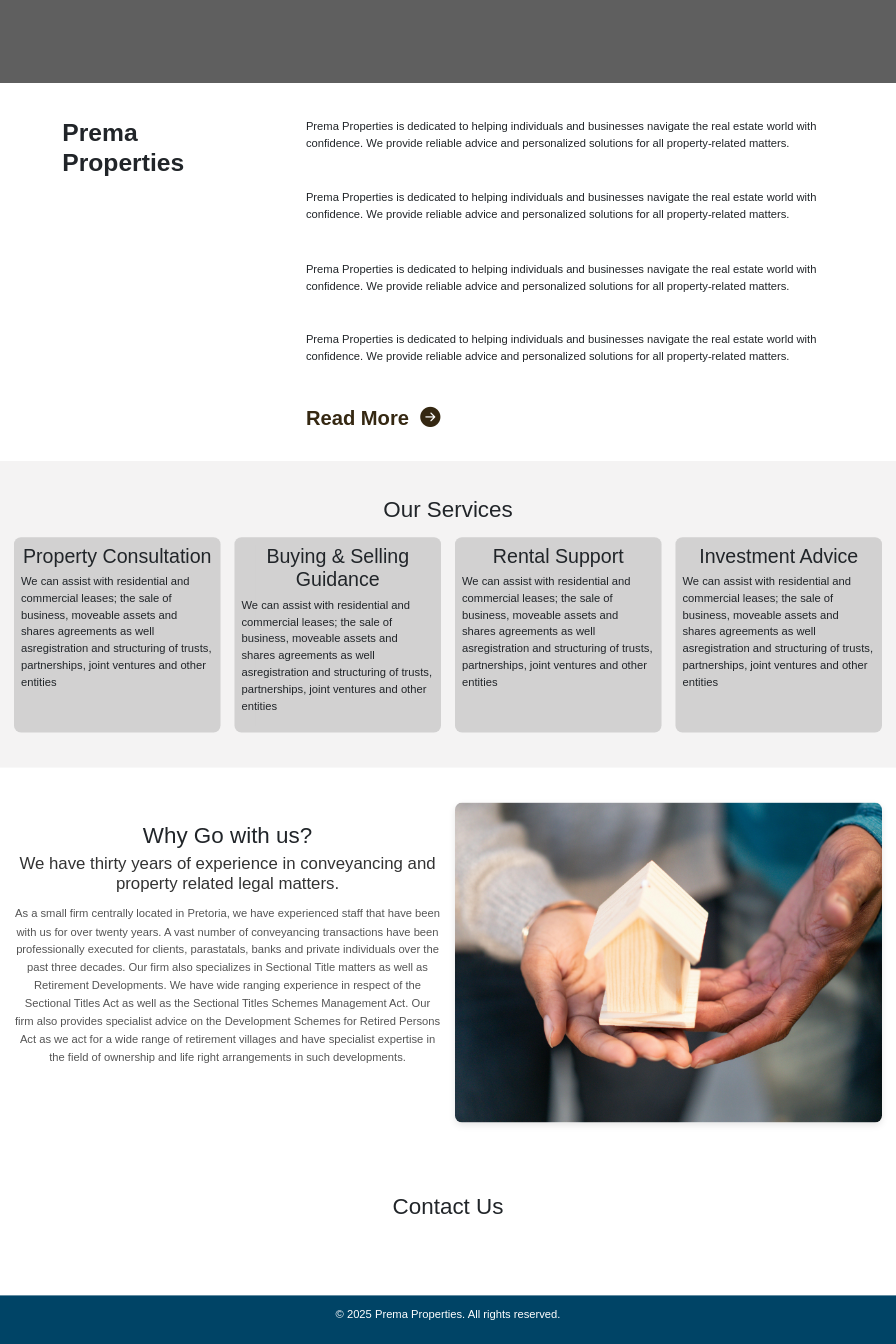
Repository: mnqobiMenzi/Prema-Properties
Page: index.html
The author's editor kept a copy of each file at every save. The page is drawn from the files as they stood at one save, then again after the next save.
The browser window is 1280 px wide. The pictures show the part of the page from y = 822 to 2742 px (the page is 2742 px tall before and 2622 px after), at 70% of full size.
Pictures or frames that could not be fetched are drawn as grey boxes.

Above is the page before, as saved 2026-02-08 10:43:28.

### index.html
<!DOCTYPE html>
<html lang="en">
<head>
  <meta charset="UTF-8">
  <meta name="viewport" content="width=device-width, initial-scale=1.0">
  <title>prem Properties</title>
  <link rel="stylesheet" href="CSS/style.css">
  <link rel="stylesheet" href="https://cdn.jsdelivr.net/npm/bootstrap-icons@1.13.1/font/bootstrap-icons.min.css">
  <link href="https://cdn.jsdelivr.net/npm/bootstrap@5.3.8/dist/css/bootstrap.min.css" rel="stylesheet" integrity="..." crossorigin="anonymous">
</head>
<body>

  <!-- Header / Navigation -->
  <header>
    <div class="logo">Prema Properties</div>
    <nav>
      <a href="#home" class="active">Home</a>
      <a href="about-us.html">About</a>
      <a href="contact-us.html">Contact</a>
      <a href="services.html">Services</a>
      <a href="appointment.html">Book an Appointment</a>
      <a href="quote.html">Get a quotation</a>
      <a href="FAQ.html">FAQ</a>
    </nav>
  </header>

  <!-- Hero Section -->
  <section id="home" class="hero">
    <h1>Guiding You Through Every Property Decision</h1>
    <p>Prema Properties assists with property-related questions and offers expert consultation.</p>
    <a href="contact-us.html" class="btn" id="contact">Get in Touch</a>
    <a href="quote.html" class="btn" id="quote">Get a Quote</a>
  </section>

 <!-- About Section -->
  <section id="about" class="about">
    <article class="about-article">
      <h2>Prema Properties</h2>
    </article>
      <article>
        <p>
          Prema Properties is dedicated to helping individuals and businesses navigate the real estate world with confidence. We provide reliable advice and personalized solutions for all property-related matters.
        </p>
        <p>
          Prema Properties is dedicated to helping individuals and businesses navigate the real estate world with confidence. We provide reliable advice and personalized solutions for all property-related matters.
        </p>
        <p>
          Prema Properties is dedicated to helping individuals and businesses navigate the real estate world with confidence. We provide reliable advice and personalized solutions for all property-related matters.
        </p>
        <p>
          Prema Properties is dedicated to helping individuals and businesses navigate the real estate world with confidence. We provide reliable advice and personalized solutions for all property-related matters.
        </p>
        <a href="about-us.html">Read More<span>&nbsp;&nbsp;<i class="bi bi-arrow-right-circle-fill"></i></span></a>
    </article>
  </section>
  <!-- Services Section -->
  <section id="services" class="services">
    <h2>Our Services</h2>
    <div class="service-list">
      <div class="service">
        <h3>Property Consultation</h3>
        <div class="service-description">
          <p>We can assist with residential and commercial leases; the sale of business, moveable assets and shares agreements as well asregistration and structuring of trusts, partnerships, joint ventures and other entities</p>
        </div>
      </div>
      <div class="service">
        <h3>Buying & Selling Guidance</h3>
        <div class="service-description">
          <p>We can assist with residential and commercial leases; the sale of business, moveable assets and shares agreements as well asregistration and structuring of trusts, partnerships, joint ventures and other entities</p>
        </div>
      </div>
      <div class="service">
        <h3>Rental Support</h3>
        <div class="service-description">
          <p>We can assist with residential and commercial leases; the sale of business, moveable assets and shares agreements as well asregistration and structuring of trusts, partnerships, joint ventures and other entities</p>
        </div>
      </div>
      <div class="service">
        <h3>Investment Advice</h3>
        <div class="service-description">
          <p>We can assist with residential and commercial leases; the sale of business, moveable assets and shares agreements as well asregistration and structuring of trusts, partnerships, joint ventures and other entities</p>
        </div>
      </div>
    </div>
  </section>

  <section id="why-choose-us" class="choose-content">
    <article class="choose-text">
      <div class="choose-title">
        <h2>Why Go with us?</h2>
      </div>
      <h3>We have thirty years of experience in conveyancing and property related legal matters.</h3>
        <p>As a small firm centrally located in Pretoria, we have experienced staff that have been with us for over twenty years. A vast number of conveyancing transactions have been professionally executed for clients, parastatals, banks and private individuals over the past three decades.
          Our firm also specializes in Sectional Title matters as well as Retirement Developments.
          We have wide ranging experience in respect of the Sectional Titles Act as well as the Sectional Titles Schemes Management Act. Our firm also provides specialist advice on the Development Schemes for Retired Persons Act as we act for a wide range of retirement villages and have specialist expertise in the field of ownership and life right arrangements in such developments.
        </p>
        </article>
        <article class="choose-image">
          <img src="images/pexels-kindelmedia-7579138.jpg" alt="Why Choose Us?">
        </article>
  </section>

  <!-- Contact Section -->
  <section id="contact-us" class="contact">
    <h2>Contact Us</h2>
  </section>

  <!-- Footer -->
  <footer>
    <p>© 2025 Prema Properties. All rights reserved.</p>
  </footer>
<script src="https://cdn.jsdelivr.net/npm/bootstrap@5.3.8/dist/js/bootstrap.bundle.min.js" integrity="..." crossorigin="anonymous"></script>
</body>
</html>

### CSS/style.css
* {
  margin: 0;
  padding: 0;
  box-sizing: border-box;
  font-family: Arial, sans-serif;
}

.my-custom-icon {
    font-size: 24px;
    color: #0c4a6e;
}
body {
  line-height: 1.6;
  color: #333;
}

/* Header */
header {
  position: sticky;
  top: 0;
  display: flex;
  justify-content: space-between;
  align-items: center;
  padding: 15px 30px;
  background: #004466;
  color: #fff;
  z-index: 1000;
}
header .logo {
  font-size: 1.5em;
  font-weight: 700;
  font-family: 'Poppins', sans-serif;
  color: #fff;
  letter-spacing: 1px;
  display: flex;
  align-items: center;
}
header nav a {
  margin: 0 10px;
  color: #fff;
  padding: 8px 15px;
  border-radius: 5px;
  text-decoration: none;
  font-weight: 500;
  font-family: 'Poppins', sans-serif;
  transition: color 0.3s ease, border-bottom 0.3s ease;
}

header nav a:hover {
  color: #fff;
  background: rgba(128, 128, 128, 0.3);
  padding-bottom: 3px;
}
/* Active link */
header nav a.active {
  background: rgba(128, 128, 128, 0.3);
  font-weight: bold;
  color: rgb(223, 223, 71);
}
/* Hero */
.hero {
  background-image: url('C:/Users/21311/OneDrive/Desktop/Prema Properties/images/Sectional-Title-Disputes.jpg');
  background-repeat: no-repeat;
  background-size: cover;
  height: 120vh;
  width: 100%;
  background-color: #3f607d;
  color: white;
  text-align: center;
  padding: 85mm 20px;
  position: relative;
}
/* Optional: overlay for better text readability */
.hero::before {
  content: "";
  position: absolute;
  top: 0;
  left: 0;
  width: 100%;
  height: 100%;
  background: rgba(0,0,0,0.4); /* dark overlay */
  z-index: 1;
}

.hero h1, .hero p, .hero .btn {
  position: relative;
  z-index: 2; /* ensure text is above overlay */
}

.hero h1 {
  font-size: 2.5em;
}
.hero .btn {
  display: inline-block;
  margin-top: 20px;
  padding: 10px 20px;
  background: rgb(223, 223, 71);
  color: black;
  border-radius: 5px;
  text-decoration: none;
}

/* Custom color for the "Get in Touch" button */
#contact {
    /* Use a contrasting color for the primary CTA */
    /*background: #f7b731; /* A distinct gold/yellow color */
    color: #1a1a1a;      /* Ensure text is dark and readable */
}

/* Custom color for the "Get a Quote" button */
#quote {
    /* Use your brand's dark blue/teal color */
    background: #0c4a6e; /* A deep blue color */
    color: white;        /* White text for contrast */
}

.hero .btn {
  display: inline-block;
  margin-top: 20px;
  padding: 10px 20px;
  background: rgb(223, 223, 71);
  color: black;
  border-radius: 5px;
  text-decoration: none;
}

/* Optional: Custom hover effect for the 'Get a Quote' button */
#quote:hover {
    background:  rgba(128, 128, 128, 0.3); /* Darken the blue slightly on hover */
}
/* Sections */
section {
  padding: 50px 20px;
  text-align: center;
}

.services{
  background-color: rgba(219, 214, 214, 0.3);
}
.services .service-list{
    display: grid;
    justify-content: center;
    grid-template-columns: repeat(auto-fit, minmax(200px, 1fr));
    gap: 20px;
    margin-top: 20px;
}

.service {
  background-color: rgba(128, 128, 128, 0.3);
  padding: 10px 10px;
  border-radius: 10px;
  height: 100%;
  width: 100%;
  text-align: center;
}

.service .service-description{
  text-align: left;
}
/* Target the parent section */
.about {
    display: flex;
    justify-content: space-around;
    align-items: flex-start;
    padding: 40px 60px;
    margin-top: 10px;
}

.about article:first-child {
    width: 25%;
    text-align: left;
}

.about article:last-child {
    width: 65%;
    text-align: left;
}

.about-article h2{
  font-weight: bolder;
  font-size: 2.2rem;
}

section article p{
  padding-bottom: 10mm;
}

section article a{
  text-decoration: none;
  color: #352812;
  font-weight: bolder;
  font-size: 1.8rem;
}

/* Contact */
.contact form {
  display: flex;
  flex-direction: column;
  max-width: 400px;
  margin: auto;
}

.contact input, .contact textarea {
  margin-bottom: 15px;
  padding: 10px;
  border: 1px solid #ddd;
  border-radius: 5px;
}

.contact button {
  padding: 10px;
  border: none;
  background: #004466;
  color: white;
  cursor: pointer;
  border-radius: 5px;
}


.choose-content {
  display: flex;              /* Makes text + image side by side */
  align-items: center;        /* Aligns them vertically */
  justify-content: space-between;
  gap: 20px;                  /* Space between text and image */
}

.choose-text {
  flex: 1;                    /* Take available space */
  max-width: 50%;             /* Text side only half width */
}

.choose-text h3 {
  font-size: 1.5rem;
  margin-bottom: 15px;
  color: #333;
}

.choose-text p {
  line-height: 1.6;
  color: #555;
  text-align
}

.choose-image {
  flex: 1;
  max-width: 50%;             /* Image takes half width */
}

.choose-image img {
  width: 100%;
  height: auto;
  border-radius: 10px;        /* Rounded corners for style */
  box-shadow: 0 4px 10px rgba(0,0,0,0.1); /* Subtle shadow */
}
.contact button:hover {
  background: #00334d;
}



/*About Page*/
/* Color Palette */
:root {
  --primary: #1a365d; /* Professional Navy */
  --secondary: #c05621; /* Earthy accent for trust */
  --light-bg: #f7fafc;
  --text-dark: #2d3748;
}

/* Header/Nav Updates */
header {
  display: flex;
  justify-content: space-between;
  align-items: center;
  padding: 20px 5%;
  /* background: white; */
  box-shadow: 0 2px 5px rgba(0,0,0,0.1);
}

nav a {
  margin-left: 20px;
  text-decoration: none;
  color: var(--text-dark);
  font-weight: 500;
}

nav a.active { color: var(--secondary); border-bottom: 2px solid var(--secondary); }

/* About Page Layout */
.about-container {
  padding: 60px 5%;
  color: var(--text-dark);
}

.about-hero {
  text-align: center;
  padding-bottom: 50px;
}

.about-hero h1 { font-size: 2.5rem; color: var(--primary); }

.lead { font-size: 1.2rem; color: #718096; max-width: 700px; margin: 10px auto; }

/* Values Grid */
.values-grid {
  display: grid;
  grid-template-columns: repeat(auto-fit, minmax(280px, 1fr));
  gap: 30px;
  margin-top: 50px;
}

.value-item {
  background: white;
  padding: 40px;
  border-radius: 12px;
  border-bottom: 4px solid var(--primary);
  box-shadow: 0 10px 15px -3px rgba(0,0,0,0.1);
  text-align: center;
}

.value-item .icon { font-size: 2.5rem; display: block; margin-bottom: 15px; }

.value-item h3 { color: var(--primary); margin-bottom: 10px; }

/* --- Director Section --- */

.director-section {
  padding: 80px 5%;
  background-color: #ffffff; /* Contrast against the light-bg used elsewhere */
}

.director-container {
  display: flex;
  align-items: center;
  justify-content: center;
  gap: 60px;
  max-width: 1100px;
  margin: 0 auto;
}

.director-image {
  flex: 1;
  max-width: 400px;
}

.director-image img {
  width: 100%;
  height: auto;
  border-radius: 8px;
  /* Using your primary color for a sophisticated shadow effect */
  box-shadow: 20px 20px 0px var(--light-bg), 21px 21px 0px var(--primary);
}

.director-info {
  flex: 1.5;
}

.director-info .label {
  color: var(--secondary);
  text-transform: uppercase;
  font-weight: 700;
  font-size: 0.85rem;
  letter-spacing: 1.5px;
  display: block;
  margin-bottom: 10px;
}

.director-info h2 {
  font-size: 2.5rem;
  color: var(--primary);
  margin: 0 0 5px 0;
}

.credentials {
  font-size: 1.1rem;
  color: #4a5568;
  font-weight: 600;
  margin-bottom: 20px;
}

.director-info p {
  margin-bottom: 15px;
  line-height: 1.8;
  color: var(--text-dark);
}

.director-social {
  margin-top: 25px;
}

.linkedin-link {
  display: inline-flex;
  align-items: center;
  color: var(--primary);
  text-decoration: none;
  font-weight: bold;
  transition: color 0.3s ease;
}

.linkedin-link:hover {
  color: var(--secondary);
}

/* --- Responsive Adjustments --- */

@media (max-width: 992px) {
  .director-container {
    flex-direction: column;
    text-align: center;
    gap: 40px;
  }

  .director-image img {
    box-shadow: 15px 15px 0px var(--light-bg); /* Simplified for mobile */
  }

  .linkedin-link {
    justify-content: center;
  }
}

/* Contact Page Layout */
.contact-page {
  padding: 100px 5%;
}

.contact-wrapper {
  display: grid;
  grid-template-columns: 1fr 1.2fr;
  gap: 80px;
  background: var(--white);
  border-radius: 15px;
}

.contact-info h2 {
  font-size: 2.5rem;
  color: var(--primary);
  margin-bottom: 20px;
}

.info-details {
  margin-top: 40px;
}

.info-item {
  margin-bottom: 25px;
}

.info-item strong {
  display: block;
  color: var(--secondary);
  font-size: 0.9rem;
  text-transform: uppercase;
  margin-bottom: 5px;
}

/* Form Styling */
.contact-form-container {
  background: var(--light-bg);
  padding: 40px;
  border-radius: 12px;
  box-shadow: 0 10px 30px rgba(0,0,0,0.05);
}

.form-group {
  margin-bottom: 20px;
}

input, select, textarea {
  width: 100%;
  padding: 15px;
  border: 1px solid #dddddd;
  border-radius: 5px;
  font-family: inherit;
  font-size: 1rem;
  transition: var(--transition);
}

input:focus, select:focus, textarea:focus {
  outline: none;
  border-color: var(--primary);
  box-shadow: 0 0 0 3px rgba(26, 54, 93, 0.1);
}

.submit-btn {
  width: 100%;
  background: var(--primary);
  color: white;
  padding: 15px;
  border: none;
  border-radius: 5px;
  font-weight: 700;
  text-transform: uppercase;
  cursor: pointer;
  transition: var(--transition);
}

.submit-btn:hover {
  background: var(--secondary);
  transform: translateY(-2px);
}

/* Mobile Responsive */
@media (max-width: 992px) {
  .contact-wrapper {
    grid-template-columns: 1fr;
    gap: 50px;
  }
}

/* Services Page Layout */
.services-page {
  padding: 80px 5%;
}

.services-intro {
  text-align: center;
  margin-bottom: 60px;
}

.services-intro h2 {
  font-size: 2.5rem;
  color: var(--primary);
  margin-top: 10px;
}

/* Service Grid */
.service-grid {
  display: grid;
  grid-template-columns: repeat(auto-fit, minmax(280px, 1fr));
  gap: 30px;
}

.service-card {
  background: var(--white);
  padding: 40px;
  border-radius: 12px;
  border: 1px solid #e2e8f0;
  transition: var(--transition);
  display: flex;
  flex-direction: column;
}

.service-card:hover {
  transform: translateY(-10px);
  border-color: var(--secondary);
  box-shadow: 0 20px 25px -5px rgba(0, 0, 0, 0.1);
}

.service-icon {
  font-size: 2.5rem;
  margin-bottom: 20px;
}

.service-card h3 {
  color: var(--primary);
  margin-bottom: 15px;
  font-size: 1.4rem;
}

.service-card p {
  color: #4a5568;
  font-size: 0.95rem;
  margin-bottom: 20px;
  flex-grow: 1;
}

.service-features {
  list-style: none;
  padding: 0;
  border-top: 1px solid #edf2f7;
  padding-top: 15px;
}

.service-features li {
  font-size: 0.85rem;
  color: var(--text-dark);
  margin-bottom: 8px;
  font-weight: 600;
  display: flex;
  align-items: center;
}

.service-features li::before {
  content: "✓";
  color: var(--secondary);
  margin-right: 10px;
  font-weight: bold;
}

/* Appointment Specifics */
.appointment-grid {
  display: grid;
  grid-template-columns: 1fr 1.5fr;
  gap: 60px;
  padding: 80px 0;
}

.appointment-info h2 {
  font-size: 2.8rem;
  color: var(--primary);
  margin-bottom: 20px;
}

.meeting-types {
  margin-top: 30px;
}

.m-type {
  padding: 15px;
  background: var(--light-bg);
  border-left: 4px solid var(--secondary);
  margin-bottom: 15px;
  border-radius: 0 8px 8px 0;
}

.m-type strong {
  display: block;
  color: var(--primary);
}

.m-type span {
  font-size: 0.85rem;
  color: #666;
}

/* Booking Card */
.booking-card {
  background: white;
  padding: 40px;
  border-radius: 15px;
  box-shadow: 0 15px 35px rgba(0,0,0,0.1);
}

.form-row {
  display: flex;
  gap: 20px;
  margin-bottom: 20px;
}

.form-row input {
  flex: 1;
}

label {
  display: block;
  font-weight: 700;
  margin-bottom: 8px;
  font-size: 0.9rem;
  color: var(--primary);
}

/* Responsive */
@media (max-width: 850px) {
  .appointment-grid {
    grid-template-columns: 1fr;
  }
}

/* Quote Page Styles */
.quote-header {
  text-align: center;
  padding: 60px 0 40px;
}

.quote-header h1 {
  color: var(--primary);
  font-size: 2.5rem;
}

.quote-container {
  max-width: 800px;
  margin: 0 auto;
  background: var(--white);
  padding: 40px;
  border-radius: 12px;
  box-shadow: 0 10px 40px rgba(0,0,0,0.05);
  border-top: 6px solid var(--secondary);
}

.form-section {
  margin-bottom: 40px;
}

.form-section h3 {
  color: var(--primary);
  border-bottom: 1px solid #eee;
  padding-bottom: 10px;
  margin-bottom: 20px;
  font-size: 1.2rem;
}

.form-hint {
  font-size: 0.9rem;
  margin-bottom: 15px;
  color: #666;
}

/* Checkbox Grid */
.checkbox-grid {
  display: grid;
  grid-template-columns: 1fr 1fr;
  gap: 15px;
  margin-bottom: 20px;
}

.checkbox-grid label {
  display: flex;
  align-items: center;
  gap: 10px;
  font-weight: normal;
  cursor: pointer;
  background: var(--light-bg);
  padding: 10px;
  border-radius: 5px;
  transition: var(--transition);
}

.checkbox-grid label:hover {
  background: #edf2f7;
}

.checkbox-grid input[type="checkbox"] {
  width: auto;
  margin: 0;
}

/* FAQ Specific Styles */
.faq-header {
  text-align: center;
  padding: 60px 0 40px;
}

.faq-container {
  max-width: 800px;
  margin: 0 auto 100px;
}

.faq-item {
  border-bottom: 1px solid #e2e8f0;
  margin-bottom: 10px;
}

.faq-question {
  width: 100%;
  padding: 20px;
  background: none;
  border: none;
  display: flex;
  justify-content: space-between;
  align-items: center;
  text-align: left;
  font-size: 1.15rem;
  font-weight: 600;
  color: var(--primary);
  cursor: pointer;
  transition: var(--transition);
}

.faq-question:hover {
  color: var(--secondary);
}

.faq-question span {
  font-size: 1.5rem;
  color: var(--secondary);
  transition: transform 0.3s ease;
}

.faq-answer {
  max-height: 0;
  overflow: hidden;
  transition: max-height 0.3s ease-out;
  padding: 0 20px;
}

.faq-answer p {
  padding-bottom: 20px;
  color: #4a5568;
  line-height: 1.8;
}

/* State when active */
.faq-item.active .faq-answer {
  max-height: 300px; /* Adjust based on content length */
}

.faq-item.active .faq-question span {
  transform: rotate(45deg); /* Turns + into x or - */
}

/* Articles Page Styling */
.articles-header {
  padding: 60px 0;
  text-align: center;
}

.category-tag {
  background: var(--secondary);
  color: white;
  padding: 5px 12px;
  font-size: 0.75rem;
  font-weight: bold;
  text-transform: uppercase;
  border-radius: 4px;
  display: inline-block;
  margin-bottom: 15px;
}

/* Featured Post */
.featured-post {
  background: var(--primary);
  color: white;
  padding: 60px;
  border-radius: 12px;
  margin-bottom: 60px;
  position: relative;
  overflow: hidden;
}

.featured-post h2 {
  font-size: 2.2rem;
  margin-bottom: 15px;
}

.featured-post p {
  max-width: 600px;
  opacity: 0.9;
  margin-bottom: 25px;
}

.read-more {
  color: var(--secondary);
  font-weight: bold;
  text-decoration: none;
}

/* Grid Styling */
.articles-grid {
  display: grid;
  grid-template-columns: repeat(auto-fit, minmax(300px, 1fr));
  gap: 30px;
  margin-bottom: 80px;
}

.post-card {
  background: var(--light-bg);
  padding: 30px;
  border-radius: 8px;
  transition: var(--transition);
}

.post-card:hover {
  background: white;
  box-shadow: 0 10px 20px rgba(0,0,0,0.1);
  transform: translateY(-5px);
}

.post-card h3 {
  color: var(--primary);
  margin-bottom: 10px;
}

.post-card a {
  display: inline-block;
  margin-top: 15px;
  color: var(--primary);
  font-weight: bold;
  text-decoration: none;
  font-size: 0.9rem;
}

/* Footer */
footer {
  background: var(--primary);
  color: white;
  text-align: center;
  padding: 30px;
  margin-top: 50px;
}

/* Footer */
footer {
  background: #004466;
  color: #fff;
  text-align: center;
  padding: 15px;
}

After the next save:
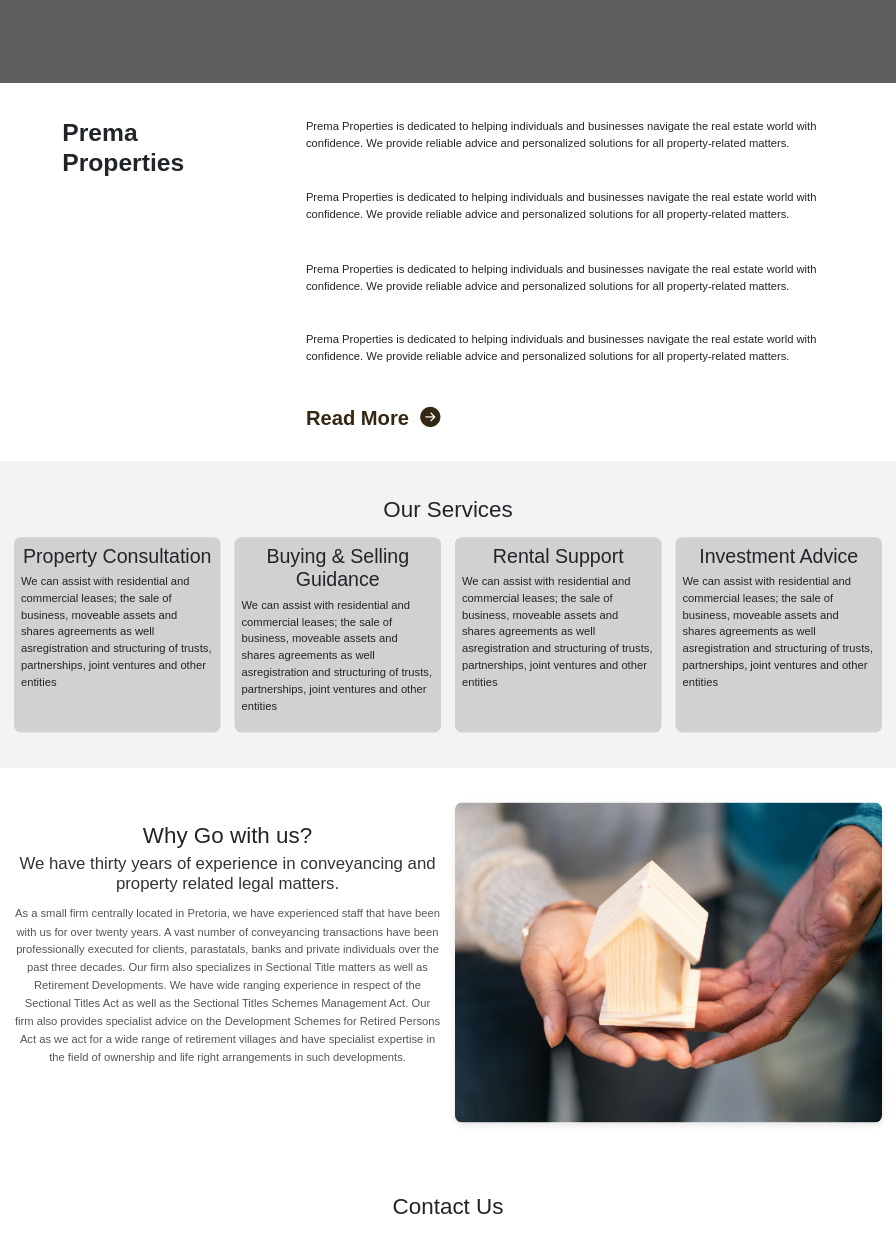
Saved 62 s later.
--- a/index.html
+++ b/index.html
@@ -106,9 +106,6 @@
   </section>
 
   <!-- Footer -->
-  <footer>
-    <p>© 2025 Prema Properties. All rights reserved.</p>
-  </footer>
-<script src="https://cdn.jsdelivr.net/npm/bootstrap@5.3.8/dist/js/bootstrap.bundle.min.js" integrity="..." crossorigin="anonymous"></script>
+  <script src="https://cdn.jsdelivr.net/npm/bootstrap@5.3.8/dist/js/bootstrap.bundle.min.js" integrity="..." crossorigin="anonymous"></script>
 </body>
 </html>
